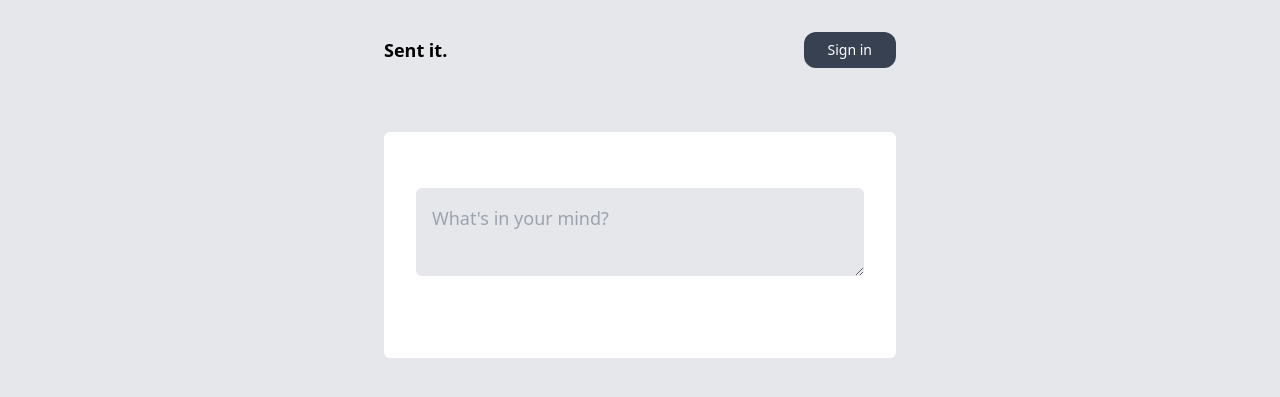
Repository: Saadelfadil/Nextjs_fullstack_app
Page: /
These files come from the project's save history. The page is drawn as it stood at one moment and after the next save; the edit follows.
The browser window is 1280 px wide. The pictures show the whole page.
The page's requests for data from a server got no answer. The project was rebuilt for these pictures with package versions that can differ from the ones it lists, and the page was loaded fresh each time. The framework's server and built-in components were replaced by stand-ins that run in the browser. No one was signed in, and anything a server would have sent is missing. Also part of the build but not shown: next.config.js, app/auth/Logged.tsx.

Above is the page before, as saved 2023-02-24 18:31:10.

After the next save:
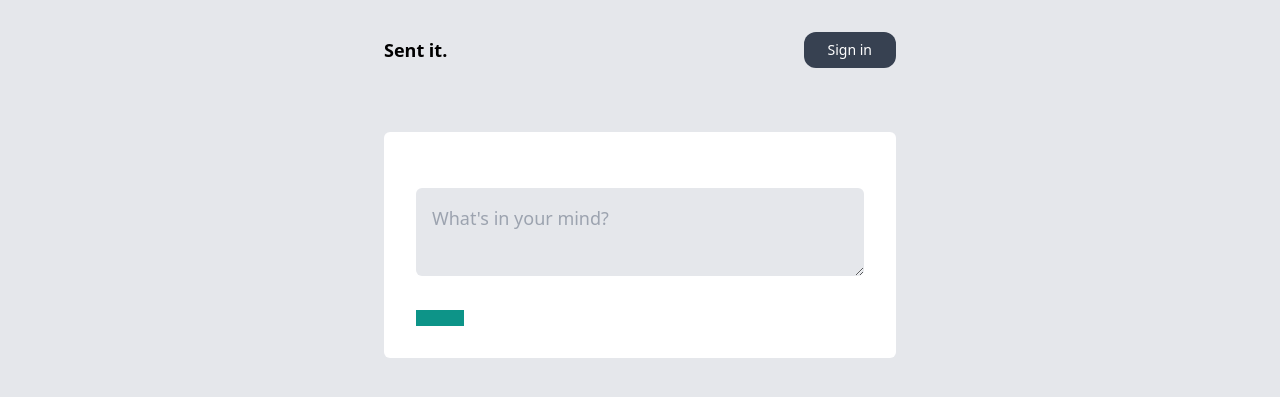
Saved 4 s later.
--- a/app/components/AddPost.tsx
+++ b/app/components/AddPost.tsx
@@ -19,7 +19,7 @@ const AddPost = () => {
         </div>
 
         <div>
-            <button disabled={isDisabled} className="text-sm bg-teal-600 text-white py-2 px " type="submit">
+            <button disabled={isDisabled} className="text-sm bg-teal-600 text-white py-2 px-6 " type="submit">
 
             </button>
         </div>
